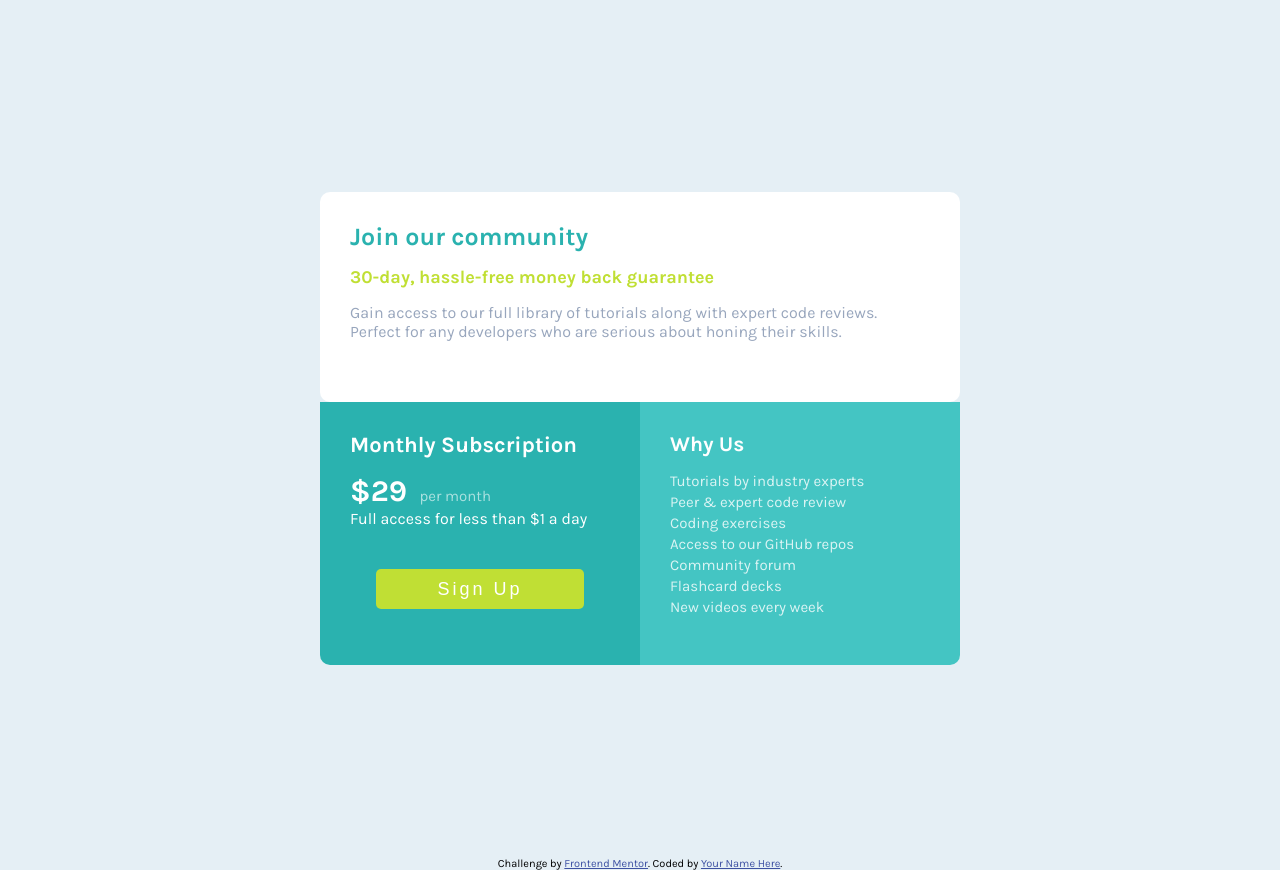
Repository: Pedrohamoura-Git/Frontend-Mentor-Challenges
Page: Newbie/single-price-grid-component-master/index.html
The author's editor kept a copy of each file at every save. The page is drawn from the files as they stood at one save, then again after the next save.
The browser window is 1280 px wide. The pictures show the whole page.

Above is the page before, as saved 2021-05-31 16:02:05.

After the next save:
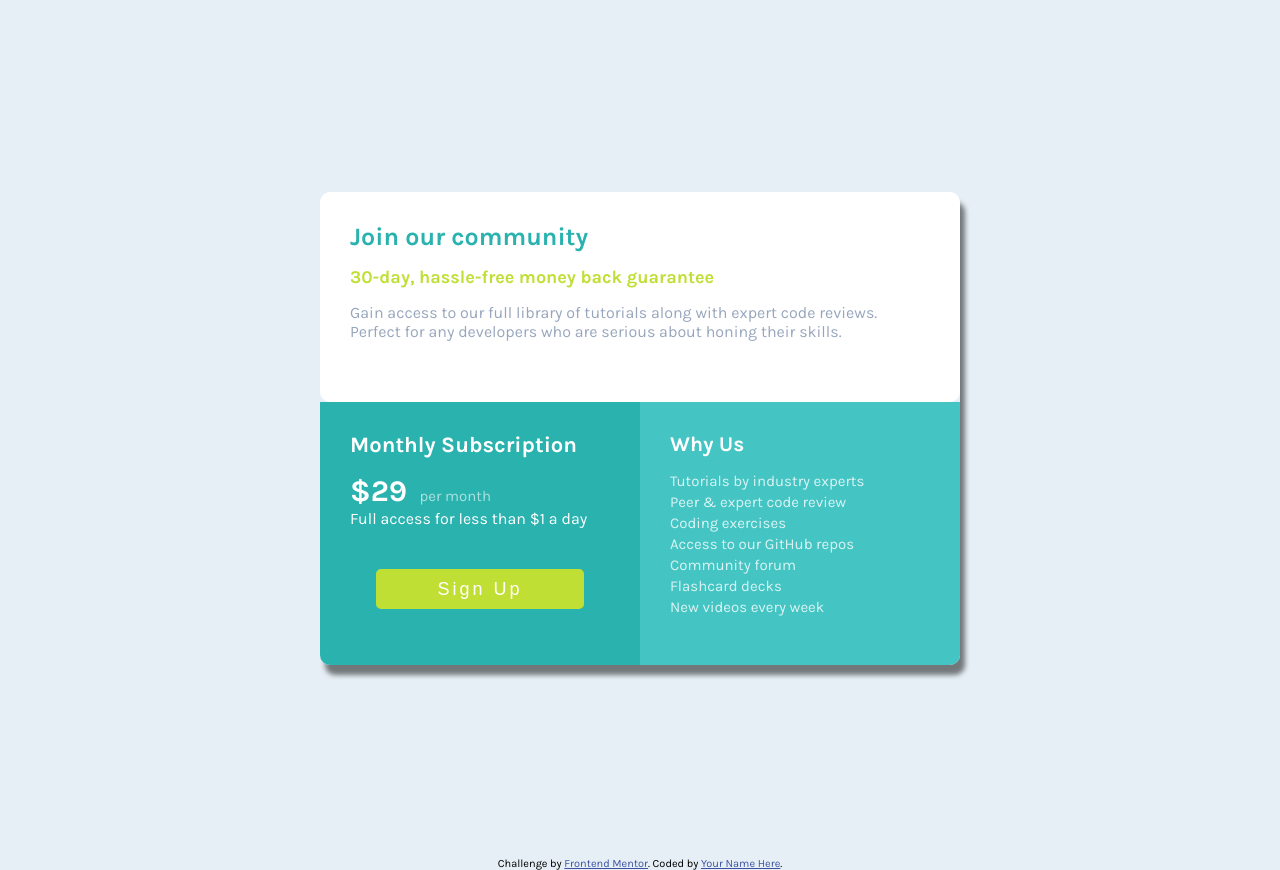
Saved 1 s later.
--- a/Newbie/single-price-grid-component-master/css/style.css
+++ b/Newbie/single-price-grid-component-master/css/style.css
@@ -24,7 +24,7 @@
 */
     #wrapper {
         border-radius: 1rem;
-        box-shadow: 5px 10px px rgba(0, 0, 0, .5);
+        box-shadow: 5px 10px 5px rgba(0, 0, 0, .5);
         display: grid;
         grid-template-rows: repeat(auto-fit, minmax(200px, 1fr));
         margin: 15% auto;
